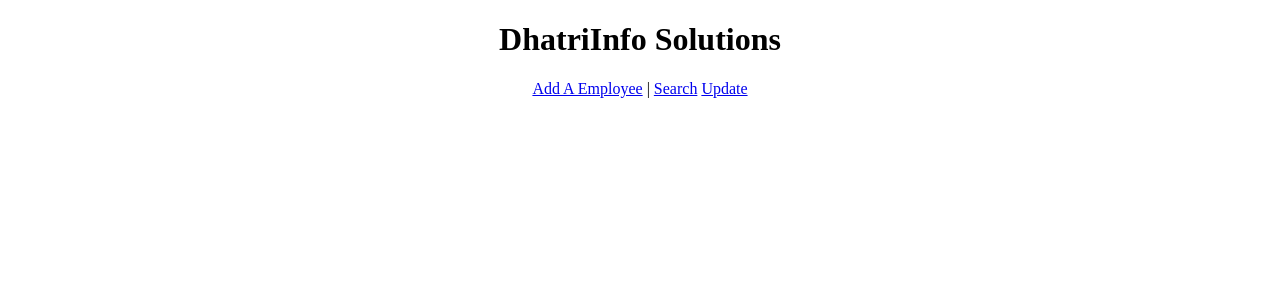
Repository: mounikagunda/corejavaproject
Page: projectjsp1/WebContent/index.html
An editor plug-in stored every save of this project. The page is shown before and after the next save, followed by the edit.
The browser window is 1280 px wide. The pictures show the whole page.

Above is the page before, as saved 2016-12-21 07:29:26.

After the next save:
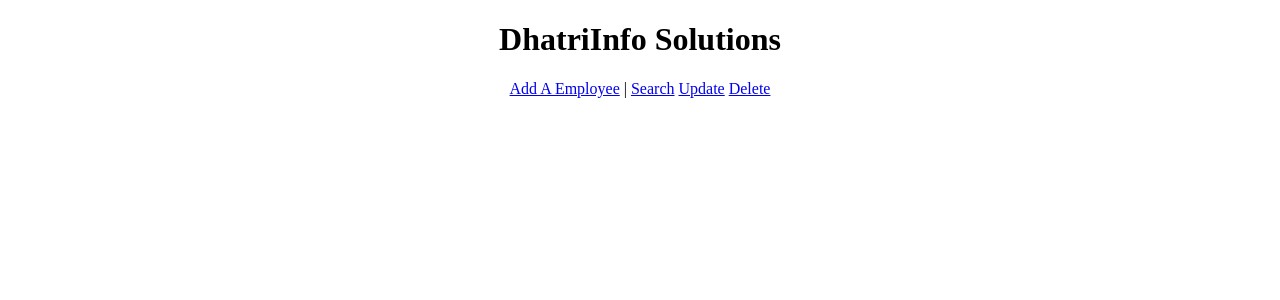
Saved 57 s later.
--- a/projectjsp1/WebContent/index.html
+++ b/projectjsp1/WebContent/index.html
@@ -19,6 +19,7 @@ Enter Your name<input type="text" name="userName">
 <a href="Insert.jsp">Add A Employee</a> |
 <a href="Search.jsp">Search</a>
 <a href="Update.jsp">Update</a>
+<a href="Delete.jsp">Delete</a>
 </div>
 </body>
 </html>
